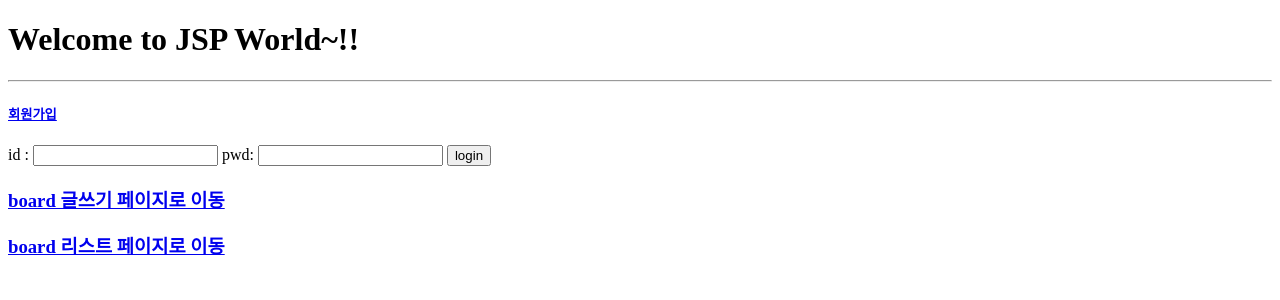
Repository: csk3830/jsp
Page: http://localhost/jsp_study/
The author's editor kept a copy of each file at every save. The page is drawn from the files as they stood at one save, then again after the next save.
The browser window is 1280 px wide. The pictures show the whole page.
The page is served by Tomcat 9.

Above is the page before, as saved 2024-10-25 02:36:31.

After the next save:
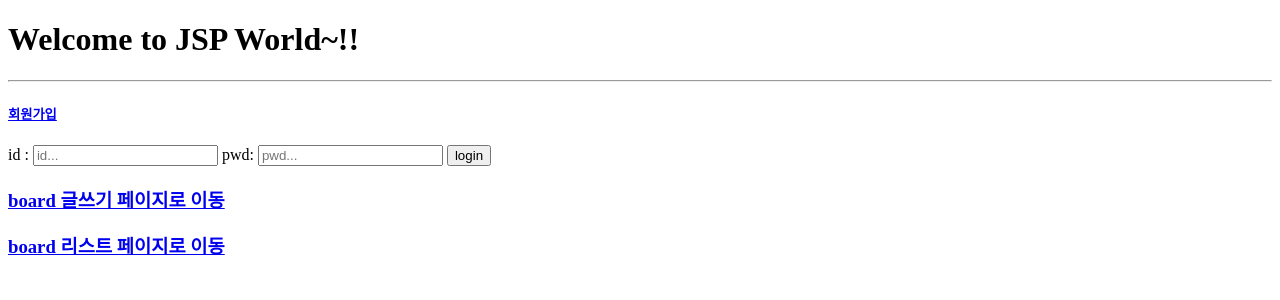
Saved 13 s later.
--- a/jsp_study/src/main/webapp/index.jsp
+++ b/jsp_study/src/main/webapp/index.jsp
@@ -15,8 +15,8 @@
 
 	<div>
 		<form action="/mem/login" method="post">
-			id : <input type="text" name="id">
-			pwd: <input type="password" name="pwd">
+			id : <input type="text" name="id" placeholder="id...">
+			pwd: <input type="password" name="pwd" placeholder="pwd...">
 			<button>login</button>
 
 		</form>
